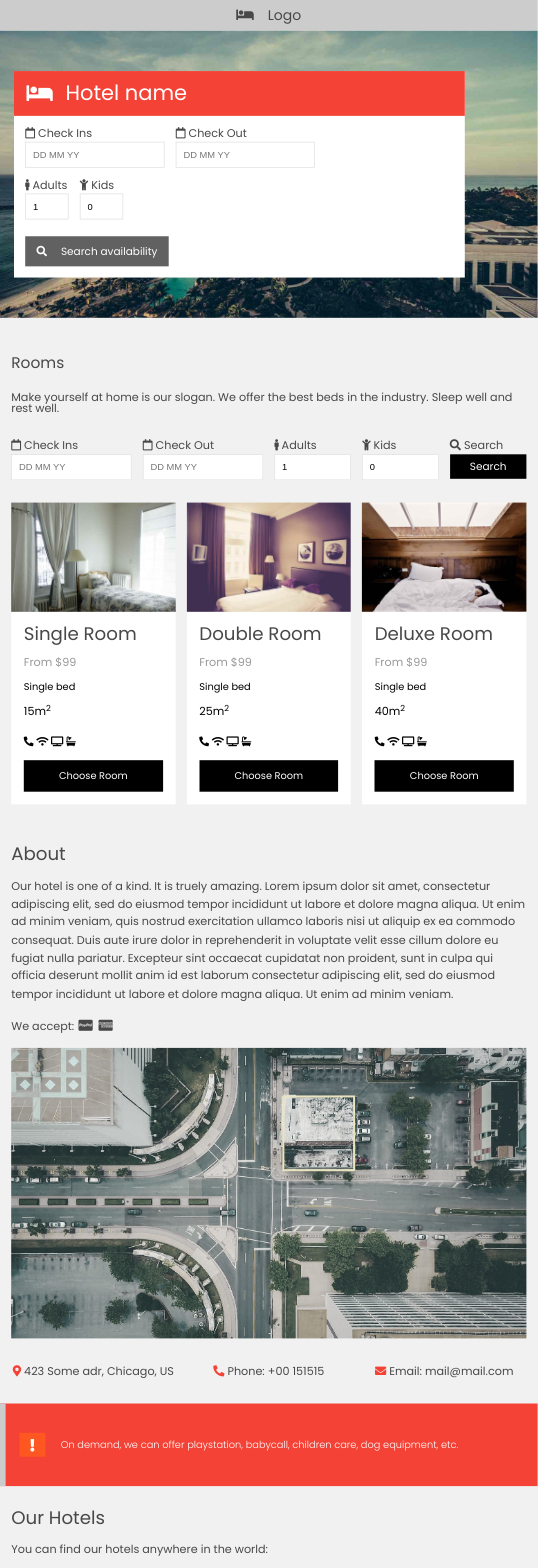
Repository: phamhuuloc/Travel_Template
Page: index.html
The author's editor kept a copy of each file at every save. The page is drawn from the files as they stood at one save, then again after the next save.
The browser window is 768 px wide. The pictures show the part of the page from y = 0 to 2240 px (the page is 3607 px tall before and 3801 px after), at 70% of full size.
The style sheet was rebuilt from its Sass, Less or Tailwind sources for each picture, by a compiler version that may differ from the author's.

Above is the page before, as saved 2021-09-21 12:59:57.

After the next save:
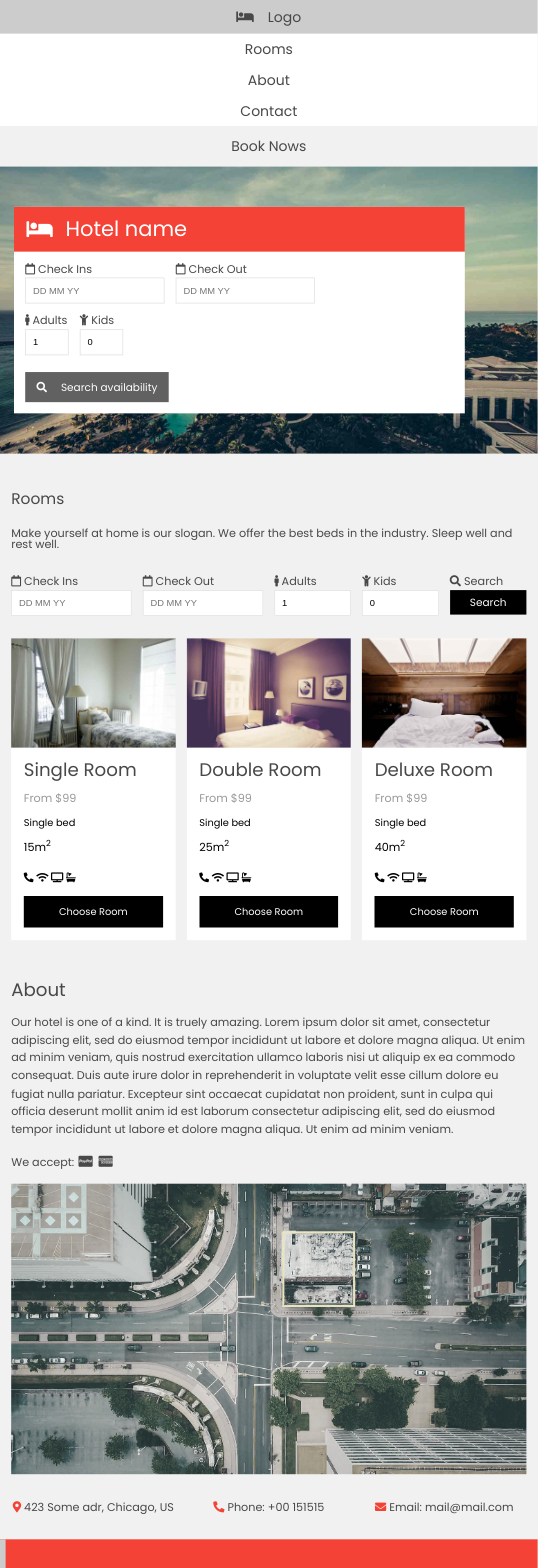
Saved 18 s later.
--- a/assets/responsive.css
+++ b/assets/responsive.css
@@ -19,7 +19,7 @@
 @media (min-width: 600px) and (max-width: 800px) {
   .header {
     flex-direction: column;
-    min-height: 4.4rem;
+    height: 100%;
   }
   .header .logo {
     justify-content: center;

After the save that followed:
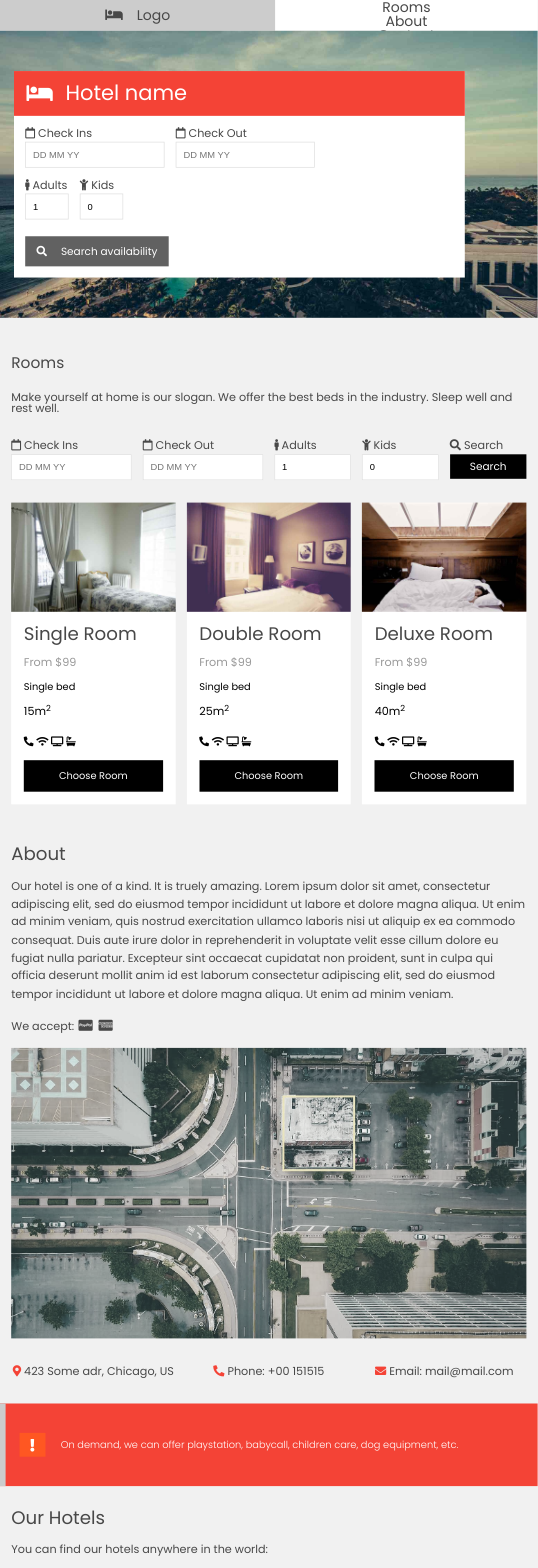
Saved 58 s later.
--- a/assets/responsive.css
+++ b/assets/responsive.css
@@ -16,7 +16,7 @@
   }
 }
 /*MOBILE  */
-@media (min-width: 600px) and (max-width: 800px) {
+@media (max-width: 740px)
   .header {
     flex-direction: column;
     height: 100%;
